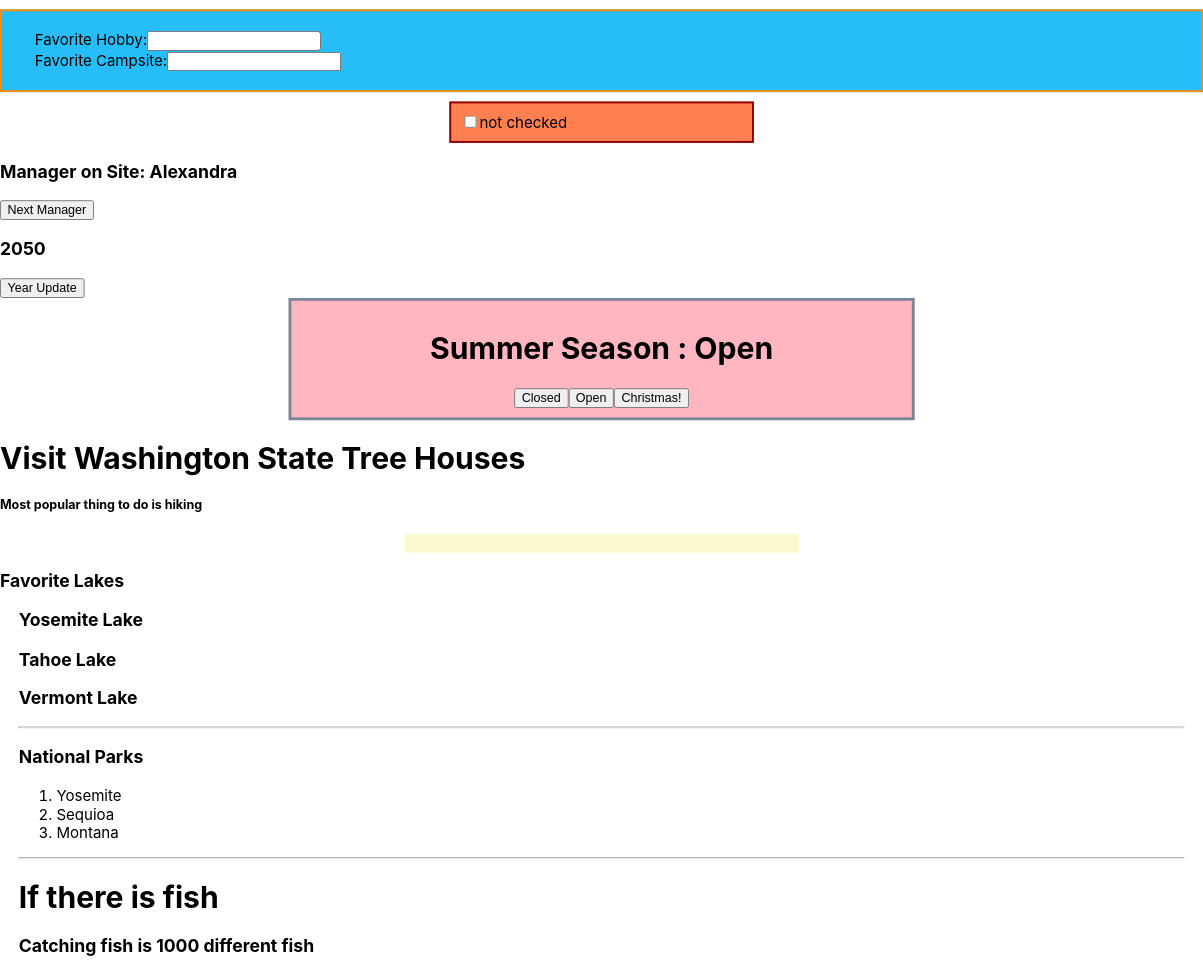
Repository: CaptainStorm21/intro-react-hooks
Page: /
An editor plug-in stored every save of this project. The page is shown before and after a run of saves, followed by the edit.
The browser window is 1280 px wide. The pictures show the whole page, at 94% of full size.
The project was rebuilt for these pictures with package versions that can differ from the ones it lists, and the page was loaded fresh each time.

Above is the page before, as saved 2020-05-28 20:03:54.

### src/index.js
import React from "react";
import ReactDOM from "react-dom";
import "./index.css";
import Fragment from "./Fragment"
import UseEffect from "./UseEffect";
import Github from './Github';

const nationalParkList = ["Yosemite", "Sequioa", "Montana"];
const campingList = [
  {
    id: 0,
    name: "Mulberry Camp",
    location: " South Montana",
  },
  {
    id: 1,
    name: "Volga Camp",
    location: "Oregon",
  },
  {
    id: 2,
    name: "Captain Camp",
    location: "East Montana",
  },
  {
    id: 3,
    name: "Blue Dunes Camp",
    location: "South Montana",
  },
];

function Lake({ name }) {
  return <h3>{name}</h3>;
}

function Fishing({ abundant }) {
  return (
    < div >
      <h3> Catching fish is {abundant}</h3>
    </div >
  )
}

function Icehole ({ icefishing }) {
  return (
    < div >
      <h3> Winter Fish is {icefishing}</h3>
    </div >
  )
}

function MontanaFall() {
  return (
    <div>
      <h3>Come see Montana!</h3>
      <hr></hr>
      <div className="campstyle">
        {campingList.map((camp) => (
          <div key={camp.id}>
            <h4>{camp.name}</h4>
            <p>Location:{camp.location}</p>
          </div>
        ))}
      </div>
    </div>
  );
}

function SkiResort({thingstodo}) {
  return (
    <div>
      <h1>Visit Washington State Tree Houses</h1>
      <h5>Most popular thing to do is {thingstodo}</h5>
      <div className = "github">
        <Github/>
      </div>
    </div>
  );
}
function App(props) {

  if (props.season === "fall") {
    return <MontanaFall />;
  } else if (props.season === "summer"){
    return (
      <div>
        <UseEffect />
        <Fragment />

        <SkiResort  thingstodo="hiking"/>
        <h3>Favorite Lakes</h3>
        <div className="lakestyle">
          <Lake name="Yosemite Lake" />
          <Lake name="Tahoe Lake" />
          <Lake name="Vermont Lake" />
          <hr></hr>
          <h3>National Parks</h3>
          <ol>
            {props.parks.map((park) => (
              <li>{park}</li>
            ))}
          </ol>
          <hr></hr>
          <h1>If there is fish</h1>
          <div>
            {props.season === "summer" ? (
              <Fishing abundant="1000 different fish" />
            ) : props.season === "winter" ? (
              <Icehole icefishing="A lot of pikes" />
            ) : (<h1>Wanna stay home?</h1>)}
            </div>
        </div>
      </div>
    );
  }
}

// function Hello({ library, message, books }) {
//   return (
//     <div>
//       <h1>Hello {library}</h1>
//       <h4>books avail to rent {books}</h4>
//       <h5>Hours: {message}</h5>
//     </div>
//   )
// }

// function Hello(props) {
//   console.log(props);
//   console.log(Object.keys(props));
//   return (
//     <div>
//       <h1>Hello from {props.library}</h1>
//       <h3>{props.message}</h3>
//       <h4> books available to rent - {props.books}</h4>
//       <h5>Props used - {Object.keys(props).length}</h5>
//     </div>
//   )
// }

// function Hello() {
//   return (
//     <div>
//       <p> rendering is happening </p>
//       <h1>Hello world!</h1>
//     </div>
//   )
// }
ReactDOM.render(
  //  React.createElement("h1", null, "Hello"),
  // React.createElement("h1", { style: { color: "red" } }, "Hello"),
  // React.createElement("div", { style: { color: "blue" } },
  // React.createElement("h1", null, "Morning")  ),
  // <ul>
  //   <li>Pizza</li>
  //   <li>Sushi</li>
  // </ul>,
  // /* <Hello></Hello>, */
  // <Hello library="Washington Library" message="Open for all " books={10}/>,
  <App parks={nationalParkList} season="summer" />,
  document.getElementById("root")
);

### src/index.css
body {
  margin: 0;
  font-family: -apple-system, BlinkMacSystemFont, 'Segoe UI', 'Roboto', 'Oxygen',
    'Ubuntu', 'Cantarell', 'Fira Sans', 'Droid Sans', 'Helvetica Neue',
    sans-serif;
  -webkit-font-smoothing: antialiased;
  -moz-osx-font-smoothing: grayscale;
}

code {
  font-family: source-code-pro, Menlo, Monaco, Consolas, 'Courier New',
    monospace;
}

.lakestyle, .campstyle {
  padding-left: 20px;
  padding-right: 20px;
}

.div-style{
  padding: 10px;
  border: 3px solid lightslategray;
  width: 50%;
  margin: 0 auto;
  background-color: lightpink;
  text-align: center;
}

label{
  padding-left: 15px;
  padding-right: 15px;
}
.blue-div{
  background-color: rgb(39, 189, 248);
  margin: 0 auto;
  padding: 20px;
  border: 2px solid darkorange;
  margin-top: 10px;
  margin-bottom: 10px;

}

.checkbox-div{
  background-color: coral;
  padding: 10px;
  width: 300px;
  border: 2px solid darkred;
  margin: 0 auto;
}

### src/Fragment.js
import React, { useState } from "react";
import "./App.css";
import Checkbox from './Checkbox'

// const [first, second, third, fouth] = ["Mary", "Katy", "Ludwig", "Stephen"];

// function Kids() {
//   return <h1>Children at play!</h1>;
// }

// function Kayak() {
//   return (
//     <div>
//       <h2> Kayaking going on </h2>
//     </div>
//   );
// }

function Fragment() {
    const [year, setYear] = useState(2050)
    const [manager, setManager] = useState('Alexandra')
    const [status, setStatus] = useState("Open");
  return (
      <>
          <div className = "checkbox-div">
              <Checkbox/>
          </div>
      <div>
        <h3>Manager on Site: {manager}</h3>
        <button onClick={() => setManager("Mary Anne")}>Next Manager</button>
      </div>
      <div>
        <h3>{year}</h3>
        <button onClick={() => setYear(year+1)}>Year Update</button>
      </div>
      <div className="div-style">
        <h1>Summer Season : {status}</h1>
        <button onClick={() => setStatus("Closed")}>Closed</button>
        <button onClick={() => setStatus("Open")}>Open</button>
        <button onClick={() => setStatus("Gone to Santa's!")}>
          Christmas!
        </button>
      </div>
    </>
  );
}



// function Fragment() {
//   return (
//     <>
//       <div className="div-style">
//         <Kayak />
//         <Kids />
//       </div>
//     </>
//   );
// }

export default Fragment;

### src/UseEffect.js
import React, { useState, useEffect } from 'react'

export default function UseEffect() {
    const [val, setVal] = useState("");
        const [val2, setVal2] = useState("");

    useEffect(() => {
        console.log(`field 1 : ${val}`)
    }, [val])

        useEffect(() => {
        console.log(`field 2 : ${val2}`)
    }, [val, val2])



    return (
      <div className="blue-div">
        <label>
          Favorite Hobby:
          <input value={val} onChange={(e) => setVal(e.target.value)} />
        </label>
        <br />
        <label>
          Favorite Campsite:
          <input value={val2} onChange={(e) => setVal2(e.target.value)} />
        </label>
      </div>
    );
}

### src/Github.js
import React, { useState, useEffect } from "react";

export default function Github() {
    return (
        <div>

        </div>
    )
}

### src/App.css
.App {
  text-align: center;
}

.App-logo {
  height: 40vmin;
  pointer-events: none;
}

@media (prefers-reduced-motion: no-preference) {
  .App-logo {
    animation: App-logo-spin infinite 20s linear;
  }
}

.App-header {
  background-color: #282c34;
  min-height: 100vh;
  display: flex;
  flex-direction: column;
  align-items: center;
  justify-content: center;
  font-size: calc(10px + 2vmin);
  color: white;
}

.App-link {
  color: #61dafb;
}

@keyframes App-logo-spin {
  from {
    transform: rotate(0deg);
  }
  to {
    transform: rotate(360deg);
  }
}

.github{
  background-color: lightgoldenrodyellow;
  padding: 10px;
  width: 400px;
  margin: 0 auto;
}

### src/Checkbox.js
import React, { useState, useEffect } from "react";

export default function Checkbox() {
    const [checked, setChecked] = useState(false);
    useEffect(() => {
        alert(` checked: ${checked.toString()}`);
    });
    return (
    <>
            <input type="checkbox"
                value={checked}
                onChange={ () => setChecked (checked => !checked )  } />
            {checked ? "checked" : "not checked"}
    </>
  )
}

Loaded but not shown: public/index.html (common file)

After the next 2 saves:
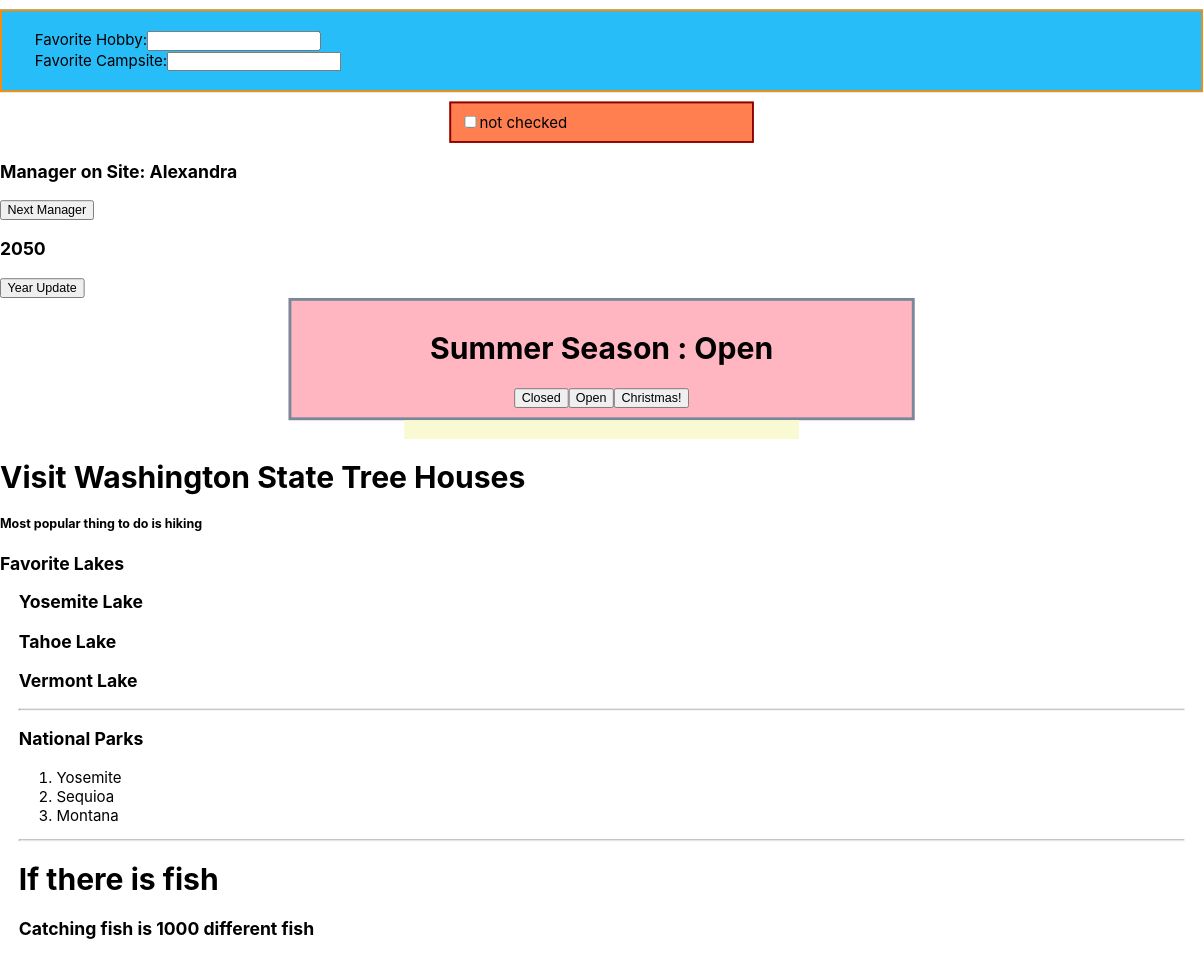
The 2 saves are shown as one change because they came seconds apart.
The last was saved 32 s later.
--- a/src/index.js
+++ b/src/index.js
@@ -69,11 +69,12 @@ function MontanaFall() {
 function SkiResort({thingstodo}) {
   return (
     <div>
+      <div className="github">
+        <Github/>
+      </div>
       <h1>Visit Washington State Tree Houses</h1>
       <h5>Most popular thing to do is {thingstodo}</h5>
-      <div className = "github">
-        <Github/>
-      </div>
+
     </div>
   );
 }
